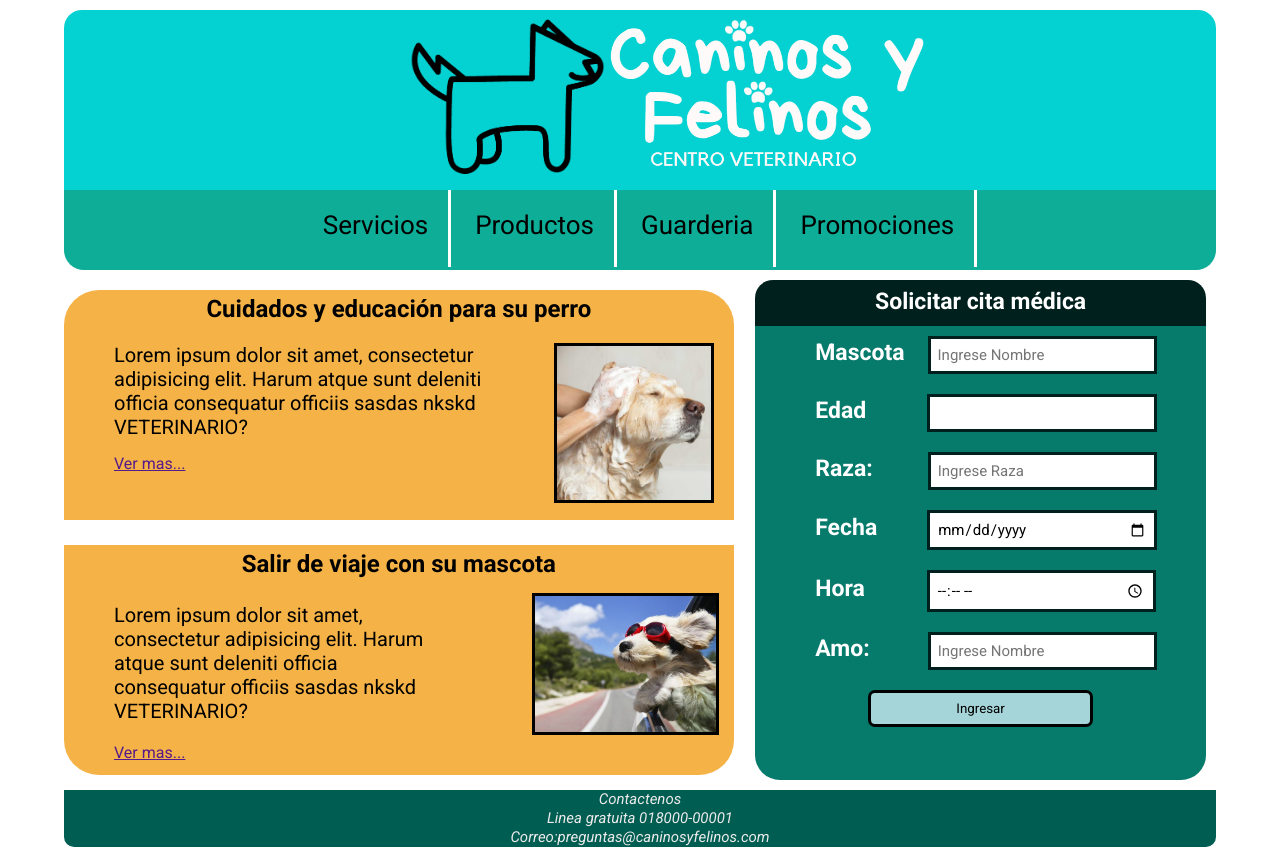
Repository: NickArregoces/Veterinaria
Page: Index.html
These files come from the project's save history. The page is drawn as it stood at one moment and after the next save; the edit follows.
The browser window is 1280 px wide. The pictures show the whole page.

Above is the page before, as saved 2021-10-15 15:08:47.

### Index.html
<!DOCTYPE html>
<html lang="en">
<head>
    <meta charset="UTF-8">
    <meta http-equiv="X-UA-Compatible" content="IE=edge">
    <meta name="viewport" content="width=device-width, initial-scale=1.0">
    <title>Canicos y felinos</title>
    <link rel="stylesheet" href="/CSS/Style.css">
    <link href="https://fonts.googleapis.com/css2?family=Roboto:ital,wght@0,100;0,300;0,400;0,500;0,700;0,900;1,100;1,300;1,400;1,500;1,700;1,900&display=swap" rel="stylesheet">
    <link rel="preconnect" href="https://fonts.googleapis.com">
    <link rel="preconnect" href="https://fonts.gstatic.com" crossorigin>
    <link href="https://fonts.googleapis.com/css2?family=Abril+Fatface&display=swap" rel="stylesheet">

</head>
<body>

        <header>
            <div class="image">
                <img id="logo" src="/Images/Captura de pantalla 2021-10-04 192824.png" alt="logo">

                <img id="text" src="/Images/logo.png" alt="text">
            </div>
        </header>

        <div class="navegador">
            <ul class="menu">
                <li><a href="/Servicios.html">Servicios</a></li>
                <li><a href="/Productos.html">Productos</a></li>
                <li><a href="/Guarderia.html">Guarderia</a></li>
                <li><a href="/Promociones.html">Promociones</a></li>
            </ul>
        </div>

            <div class="section">
                <form action="" class="cita">
                    <h3 style="color: rgb(255, 255, 255);">Solicitar cita médica</h3>
                        <div class="Mascota">
                            <h4>Mascota<input type="text" placeholder="Ingrese Nombre" required></h4>
                        </div>

                        <div class="Edad">
                            <h4>Edad<input type="number" required></h4>
                        </div>

                        <div class="Raza">
                            <h4>Raza:<input type="text" placeholder="Ingrese Raza" required></h4>
                        </div>
                        <div class="Fecha">
                            <h4>Fecha<input type="date" placeholder="" required></h4>
                        </div>

                        <div class="Hora">
                            <h4>Hora<input type="time" required></h4>
                        </div>

                        <div class="Amo">
                            <h4>Amo:<input type="text" placeholder="Ingrese Nombre" required></h4>
                        </div>

                    <div class="button">
                        <button class="sumbit"> Ingresar </button>
                    </div>

                </form>
            </div>

            <div id="Cuadros">
                <aside>
                    <div class="Cuidados">
                        <h2 style="color: rgb(0, 0, 0);">Cuidados y educación para su perro</h2>

                        <div id="Prueba">
                            <img id="Prueba" src="/Images/credit.png" alt="">


                            <p>Lorem ipsum dolor sit amet, consectetur adipisicing elit.
                                Harum atque sunt deleniti officia consequatur officiis
                                sasdas nkskd VETERINARIO?</p>

                            <div class="vinculo"><a href="">Ver mas...</a></div>
                        </div>

                    </div>

                    <div class="Viajes">
                        <h2 style="color: rgb(0, 0, 0);">Salir de viaje con su mascota</h2>

                        <div id="Prueba">
                            <img id="Prueba" src="/Images/Wallpaper(80).jpg" alt="">

                            <p>Lorem ipsum dolor sit amet, consectetur adipisicing elit.
                            Harum atque sunt deleniti officia consequatur officiis
                            sasdas nkskd VETERINARIO?</p>

                            <div class="vinculo1"><a href="">Ver mas...</a></div>
                        </div>
                    </div>
                </aside>
            </div>

            <div>
                <footer>
                        <p>Contactenos</p>
                        <p>Linea gratuita 018000-00001</p>
                        <p>Correo:preguntas@caninosyfelinos.com</p>
                </footer>
            </div>


</body>
</html>

### CSS/Style.css

*{
    margin: 0 auto;
    padding: 0px;
    list-style:none;
    font-family: 'Roboto', sans-serif;
}
body{
    font-family: Arial, Helvetica, sans-serif;
    background: rgb(255, 255, 255);
    width: 90%;
    color: rgb(0, 0, 0);
}
header{
    width: 100%;
    margin-top: 10px;
    background: #04d1d1;
    border-top-left-radius:  18px;
    border-top-right-radius:  18px;
    height: 180px;
}
    header .image #logo{
        width: 17%;
        margin-left: 30%;
    }
    header .image  #text{
        width: 28%;
    }
div.navegador{
    text-align: center;
}
    ul.menu{
        border-bottom-left-radius: 20px 20px;
        border-bottom-right-radius: 20px 20px;
        background: rgb(14, 173, 152);
        height: 80px;
        list-style: none;
        padding: 0;
        max-width: 10000px;
    }
    .menu li a{
        height: 37px;
        font-size: 26px;
        margin-right: 1px;
        text-decoration: none;
        color:black;
        padding: 20px;
        display: table-cell;
    }
    .menu li {
        border-right: solid white;
        display: inline-block;
        }
    .menu li a:hover{
        background: #242323b6;
        color: white;
        }

.section{
    width: 40%;
    float: right;
}
    form{
        background: rgb(6, 122, 107);
        border-radius: 25px;
        margin-top: 10px;
        margin-right:10px;
        margin-bottom: 10px;
        height: 500px;
    }
        form h3{
            font-size: 23px;
            text-align: center;
            background: rgb(0, 32, 29);
            height: 30px;
            padding: 8px;
            border-top-left-radius: 18px;
            border-top-right-radius: 18px;
        }
        form h4{
            font-size: 23px;
            padding: 10px;
            margin-left: 50px;
            color: rgb(255, 255, 255);

        }
        form input{
            font-size: 15px;
            width: 55%;
            padding: 7px;
            display: inline;
            border: solid rgb(0, 32, 29);
            margin-left: 10px;
        }
        div.Mascota input {
            margin-left: 23px;
        }
        div.Edad input {
            margin-left: 61px;
        }
        div.Raza input {
            margin-left: 55px;
        }
        div.Fecha input {
            margin-left: 50px;
        }
        div.Hora input {
            margin-left: 62px;
        }
        div.Amo input {
            margin-left: 58px;
        }
        div.button{
            margin-top: 10px;
            margin: auto;
            text-align: center;
            width: 50%;
            cursor: pointer;
        }
        button{
            margin-top: 10px;
            width: 100%;
            padding: 8px;
            background:#A5D5D8;
            border-radius: 7px;
            border: solid black;
            cursor: pointer;

        }
        button:hover{
            background: #000000b6;
            color: rgb(255, 255, 255);
        }
aside{
    width: 59%;
    height: 500px;
    margin-top: 10px;
    float: left;
    margin-bottom: 10px;
}
    div.Cuidados{
        height: 230px;
        border-top-left-radius: 35px;
        border-top-right-radius: 35px;
        margin-top: 10px;
        margin-right: 10px;
        background:#f5b246;
        overflow:hidden;
    }
    /*Centrado Imagenes aside*/
    #Prueba{
        float: right;
    }
        div.Cuidados h2{
            text-align: center;
            margin-top: 5px;
        }
        div.Cuidados img {
            margin: 20px;
            width: 23%;
            border: solid black;
        }
        /*Efecto Imagenes aside*/
        div #Prueba img:hover{
            -webkit-transform:scale(0.9);
            transform:scale(0.9);
        }
        div.Cuidados p{
            font-size: 20px;
            margin-top: 20px;
            margin-left: 50px;
            width: 60%;
            display: inline-block;
        }
        div.Cuidados a{
            position: absolute;
            margin-left: 50px;
            margin-top: 15px;
        }

    div.Viajes {
        height: 230px;
        border-bottom-right-radius: 35px;
        border-bottom-left-radius: 35px;
        margin-top: 25px;
        margin-right: 10px;
        background:#f5b246;
        overflow: hidden;
    }
        div.Viajes h2{
            text-align: center;
            margin-top: 5px;
        }
        div.Viajes img {
            width: 27%;
            margin: 15px;
            border: solid black;
        }
        div.Viajes p{
            font-size: 20px;
            margin-top: 25px;
            margin-left: 50px;
            width: 50%;
            display: inline-block;
        }
        div.vinculo1 a{
            position: absolute;
            margin-left: 50px;
            margin-top: 20px;
        }

footer{
    background: rgb(0, 93, 81);
    clear: both;
    border-bottom-left-radius: 10px;
    border-bottom-right-radius: 10px;
}
    footer p{
        font-size: 15px;
        text-align: center;
        line-height: 15px;
        color: rgb(236, 235, 235);
        font-style:italic;
        padding: 2px;
    }

After the next save:
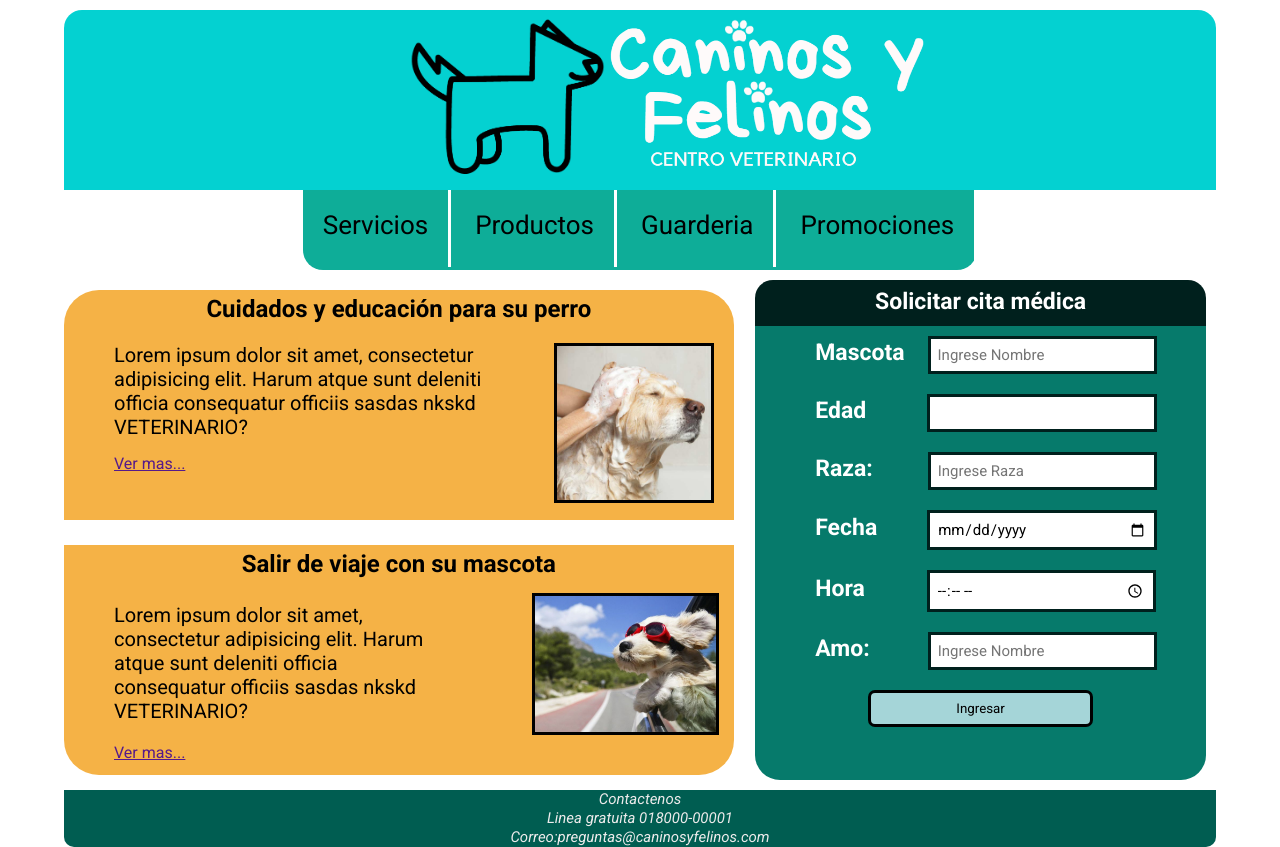
Saved 4 min 9 s later.
--- a/CSS/Style.css
+++ b/CSS/Style.css
@@ -28,6 +28,7 @@
     }
 div.navegador{
     text-align: center;
+    display:flex
 }
     ul.menu{
         border-bottom-left-radius: 20px 20px;

After the save that followed:
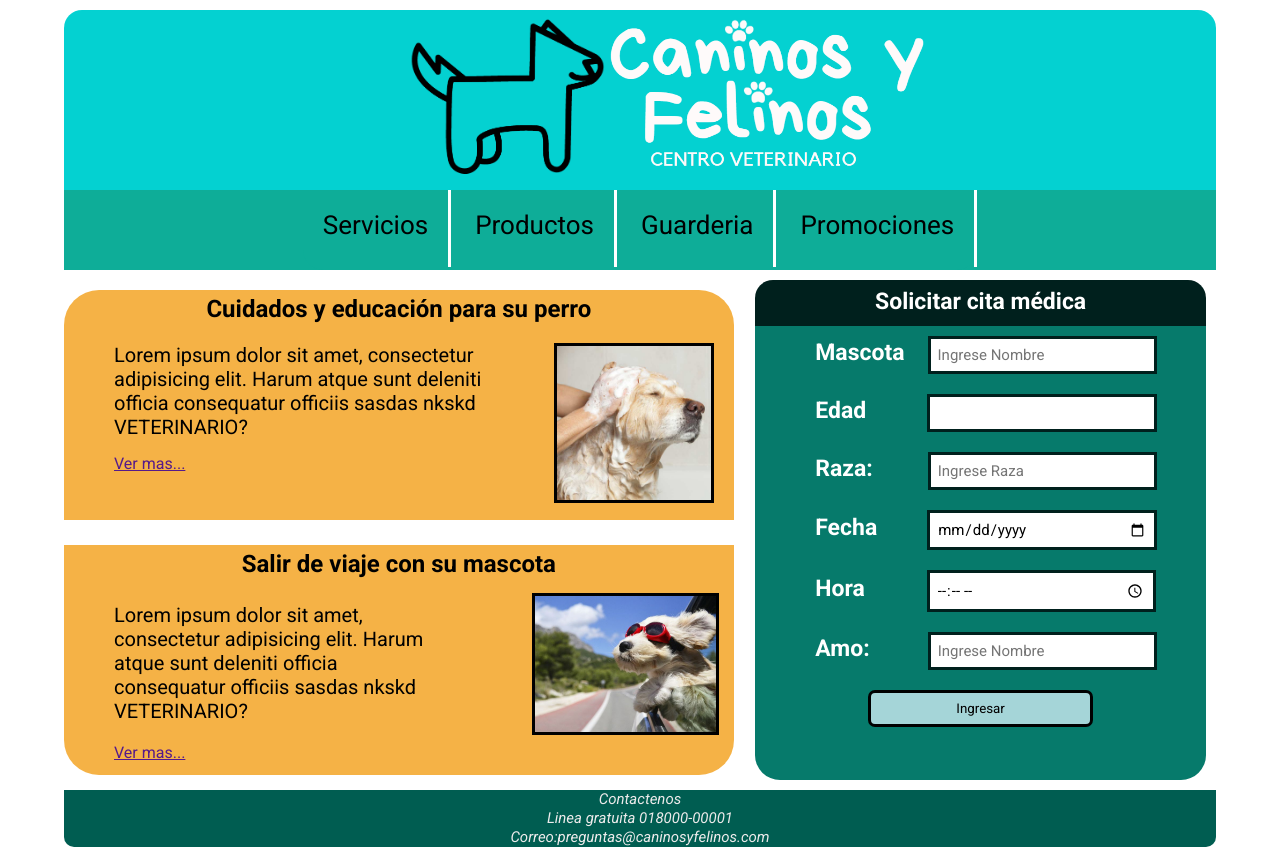
Saved 20 s later.
--- a/CSS/Style.css
+++ b/CSS/Style.css
@@ -27,6 +27,8 @@
         width: 28%;
     }
 div.navegador{
+    background: rgb(14, 173, 152);
+
     text-align: center;
     display:flex
 }
